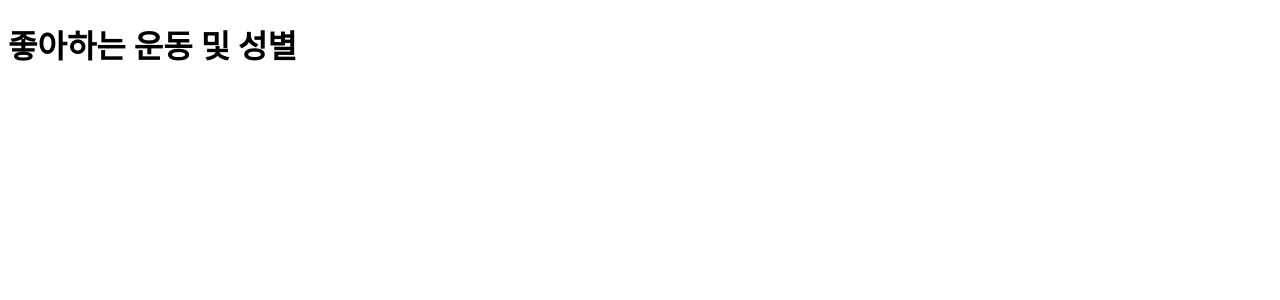
Repository: sgnq008-tech/JSP
Page: http://localhost/WebProject/test/sport.jsp
These files come from the project's save history. The page is drawn as it stood at one moment and after the next save; the edit follows.
The browser window is 1280 px wide. The pictures show the whole page.
The page is served by Tomcat 9. Other server files are loaded and not shown.

Above is the page before, as saved 2026-09-08 00:40:17.

### jsp_workspace/WebProject/src/main/webapp/test/sport.jsp
<%@ page language="java" contentType="text/html; charset=UTF-8"
    pageEncoding="UTF-8"%>
<!DOCTYPE html>
<html>
<head>
<meta charset="UTF-8">
<title>좋아하는 운동 및 성별</title>
</head>
<body>
<h1>좋아하는 운동 및 성별</h1>
<form action="Sport" method="post">


</form>

</body>
</html>

After the next save:
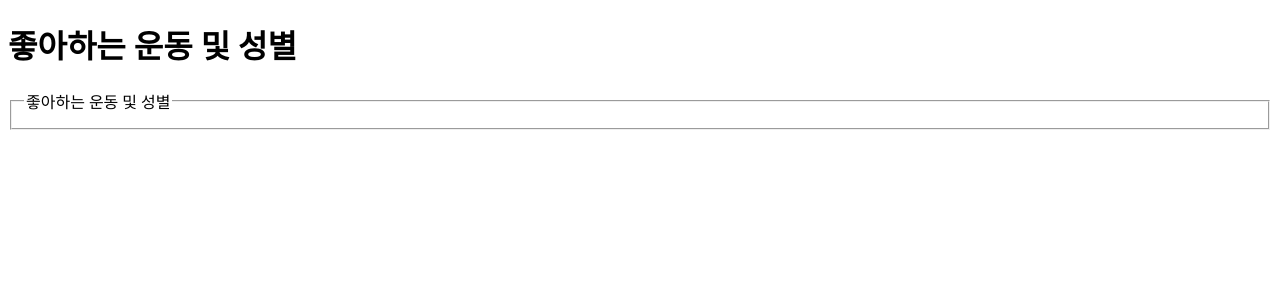
Saved 76 s later.
--- a/jsp_workspace/WebProject/src/main/webapp/test/sport.jsp
+++ b/jsp_workspace/WebProject/src/main/webapp/test/sport.jsp
@@ -9,7 +9,11 @@
 <body>
 <h1>좋아하는 운동 및 성별</h1>
 <form action="Sport" method="post">
+                <fieldset>
+                                <legend>좋아하는 운동 및 성별</legend>
 
+
+                </fieldset>
 
 </form>
 
